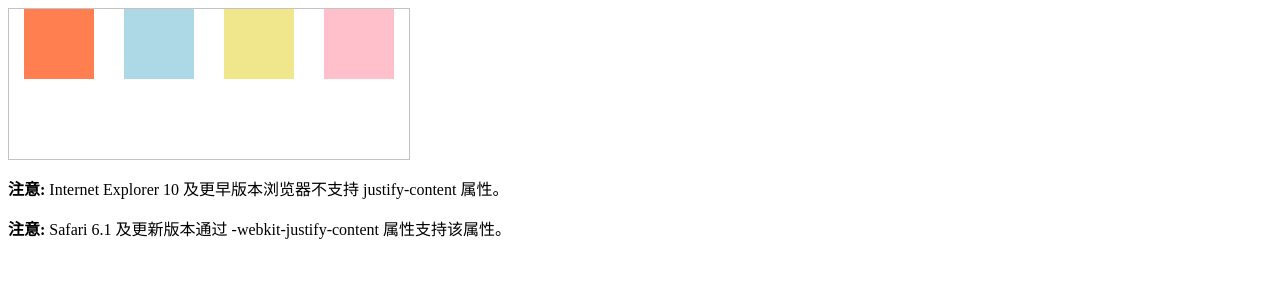
Repository: F000top/ele
Page: test.html
These files come from the project's save history. The page is drawn as it stood at one moment and after the next save; the edit follows.
The browser window is 1280 px wide. The pictures show the whole page.

Above is the page before, as saved 2022-06-07 23:32:01.

### test.html
<!DOCTYPE html>
<html>
<head>
<meta charset="utf-8">
<title>菜鸟教程(runoob.com)</title>
<style>
#main {
    width: 400px;
    height: 150px;
    border: 1px solid #c3c3c3;
    display: -webkit-flex; /* Safari */
    -webkit-justify-content: space-around; /* Safari 6.1+ */
    display: flex;
    justify-content: space-around;
}

#main div {
    width: 70px;
    height: 70px;
}
</style>
</head>
<body>

<div id="main">
  <div style="background-color:coral;"></div>
  <div style="background-color:lightblue;"></div>
  <div style="background-color:khaki;"></div>
  <div style="background-color:pink;"></div>
</div>

<p><b>注意:</b> Internet Explorer 10 及更早版本浏览器不支持 justify-content 属性。</p>
<p><b>注意:</b> Safari 6.1 及更新版本通过 -webkit-justify-content 属性支持该属性。</p>

</body>
</html>

After the next save:
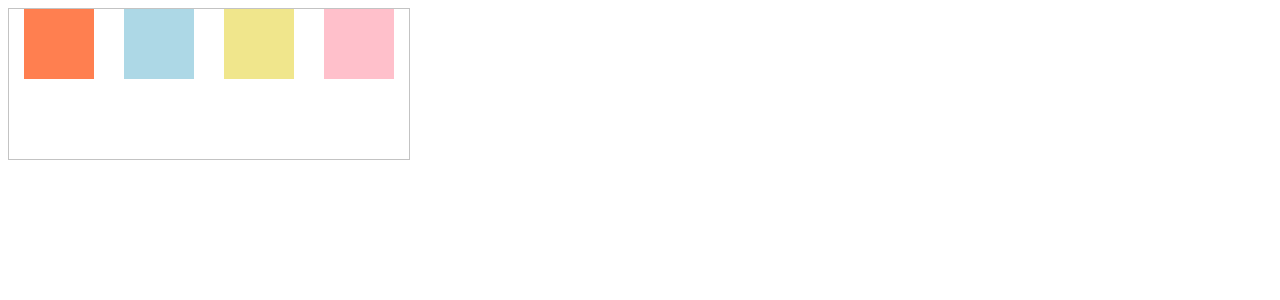
Saved 40 s later.
--- a/test.html
+++ b/test.html
@@ -29,8 +29,7 @@
   <div style="background-color:pink;"></div>
 </div>
 
-<p><b>注意:</b> Internet Explorer 10 及更早版本浏览器不支持 justify-content 属性。</p>
-<p><b>注意:</b> Safari 6.1 及更新版本通过 -webkit-justify-content 属性支持该属性。</p>
+
 
 </body>
 </html>
